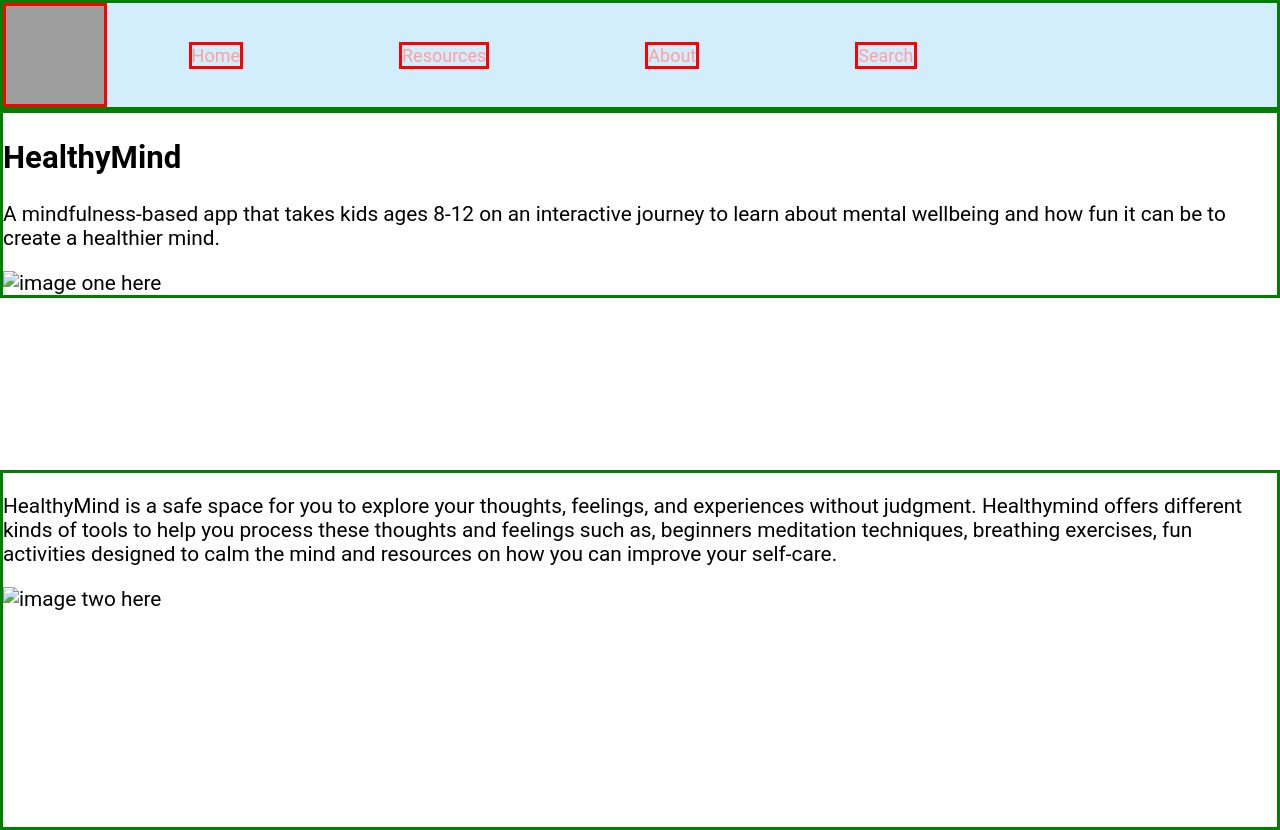
Repository: Nafisa-Huda/HealthierMind
Page: public/index.html
An editor plug-in stored every save of this project. The page is shown before and after a run of saves, followed by the edit.
The browser window is 1280 px wide. The pictures show the whole page.
Pictures or frames that could not be fetched are drawn as grey boxes.

Above is the page before, as saved 2022-07-11 15:46:49.

### public/index.html
<!DOCTYPE html>
<html lang="en">
<head>
    <meta charset="UTF-8">
    <meta http-equiv="X-UA-Compatible" content="IE=edge">
    <meta name="viewport" content="width=device-width, initial-scale=1.0">
    <title>HealthyMind</title>
    <link rel="stylesheet" href="/public/style.css">
</head>
<body>
    <header>
        <div class="container row">
            <img class="logo" src="https://i.ibb.co/xLGc6jC/Healthy-Mind-logo.png" alt="healthy-mind-logo">
        <nav class="nav">
            <ul class="nav__list">
                <li class="nav__item"><a href="#" class="nav__link">Home</a></li>
                <li class="nav__item"><a href="#" class="nav__link">Resources</a></li>
                <li class="nav__item"><a href="#" class="nav__link">About</a></li>
                <li class="nav__item"><a href="#" class="nav__link">Search</a></li>
            </ul>
        </nav>
        </div>
    </header>

    <section class="hero main">
        <div class="container">
            <div class="hero__text">
                <h1>HealthyMind</h1>
                <p>A mindfulness-based app that takes kids ages 8-12 on an interactive journey to learn about mental wellbeing and how fun it can be to create a healthier mind. </p>
            </div>
            <img class="hero__img" src="#" alt="image one here" srcset="">
        </div>
    </section>

    <main class="main container">
        <section class="primary-content">
            <p>HealthyMind is a safe space for you to explore your thoughts, feelings, and experiences without judgment. Healthymind offers different kinds of tools to help you process these thoughts and feelings such as, beginners meditation techniques, breathing exercises, fun activities designed to calm the mind and resources on how you can improve your self-care.</p>
            <img class="main__img" src="" alt="image two here" srcset="">
        </section>
</main>

<script src="/public/main.js"></script>
</body>
</html>

### public/style.css
*, *::before, *::after {
    box-sizing: border-box;
}

body {
    margin: 0;
    font-family: 'Roboto', sans-serif;
    font-size: 1.3rem;
}
header{
  background-color: #d2edfc;
}

img {
    max-width: 100%;
}

/* home page */

.container {
    width: 100vw;
    margin: 0 auto;
    border: 3px green solid;
}
.main{
  height: 50vh;
}



.row {
    display: flex;
    justify-content: space-between;
    align-items: center;
    width: 100%;
}

.logo {
    width: 5em;
    height: 5em;
    margin-right: 2em;
    border: 3px red solid;
}

.nav {
    display: flex;
    justify-content: space-between;
    align-items: center;
    flex-grow: 1;
}

.nav__list {
    margin: 0;
    padding-right: 1em;
    list-style: none;

    display: flex;
    align-items: center;

    font-size: 1rem;
}

.nav__item + .nav__item {
    margin-left: 60%;
}

.nav__link {
    border: 3px red solid;
    text-decoration: none;
    font-size: large;
    color: #FF9F9F;
}

.nav__link--button {
    padding: .25em 1em;
}

.nav__link:hover {
    opacity: .75;
}



/* activities page */

.activities-header{
  background-color: #A8E0FF;
  height: 20rem;
  width: 100%;
  border-bottom: solid #fff 4px;
}

.title{
  display: flex;
  flex-direction: column;
  align-items: center;
  padding-top: 3rem;
  color: #fff;
}


.activities-container{
  display: flex;
  flex-wrap: wrap;
  justify-content: center;
  background-color: #FFF9A6;
}

.scene {
  width: 20rem;
  height: 20rem;
  margin: 3rem;
  perspective: 600px;
}

.card {
  width: 100%;
  height: 100%;
  cursor: pointer;
  transform-style: preserve-3d;
  transform-origin: center right;
  transition: transform 1s;
}

.card.is-flipped {
  transform: translateX(-100%) rotateY(-180deg);
}

.face {
  position: absolute;
  width: 100%;
  height: 100%;
  line-height: 260px;
  color: #fff;
  text-align: center;
  font-weight: bold;
  font-size: larger;
  backface-visibility: hidden;
}

.front {
  background-color: #FF9F9F;
}

.back {
  background-color: #FF9F9F;
  transform: rotateY(180deg);
}

### public/main.js
const cards = document.querySelectorAll('.card');
[...cards].forEach((card)=>{
    card.addEventListener('click', () =>{
        card.classList.toggle('is-flipped')
    })
});

After the next 2 saves:
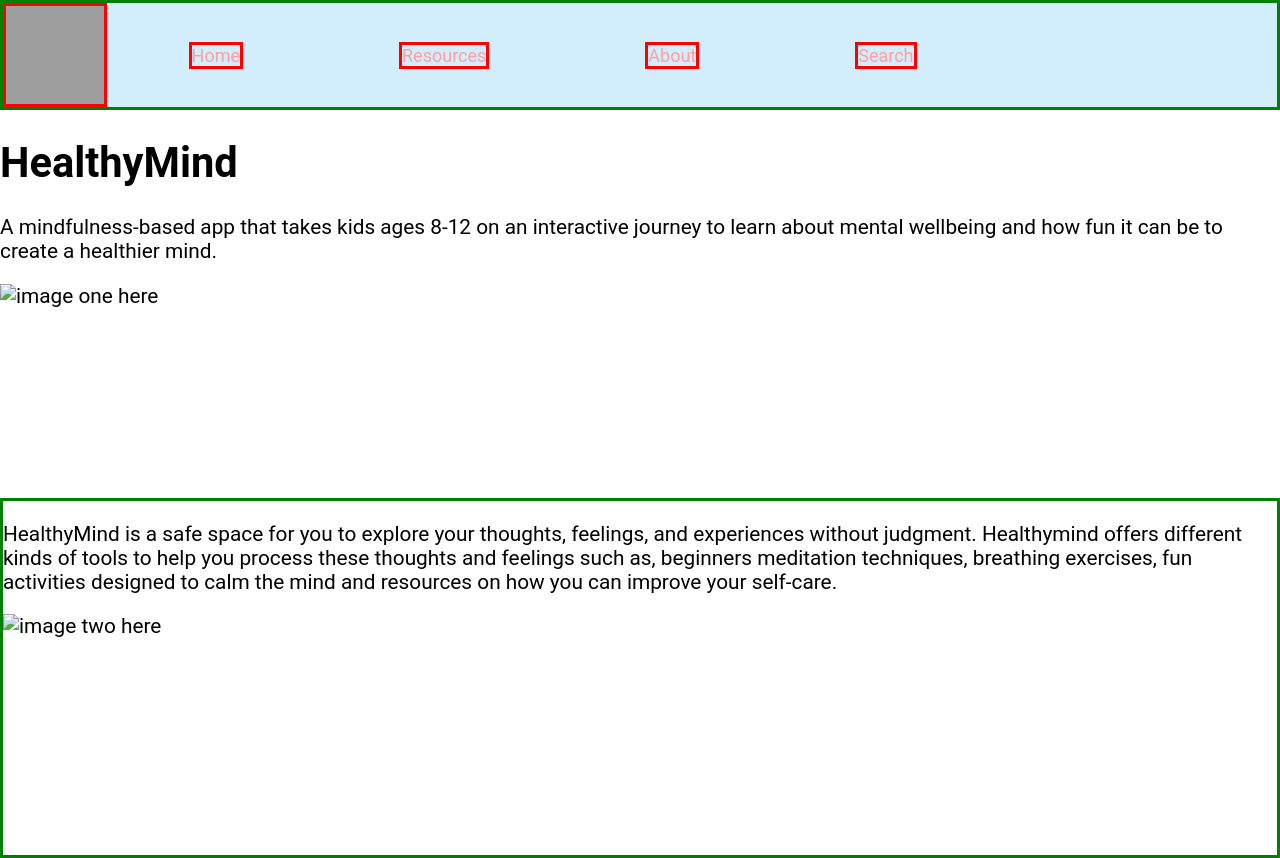
The 2 saves are shown as one change because they came seconds apart.
The last was saved 3 min 29 s later.
--- a/public/index.html
+++ b/public/index.html
@@ -22,8 +22,8 @@
         </div>
     </header>
 
-    <section class="hero main">
-        <div class="container">
+    <!-- <section class="hero main"> -->
+        <div class="hero main ">
             <div class="hero__text">
                 <h1>HealthyMind</h1>
                 <p>A mindfulness-based app that takes kids ages 8-12 on an interactive journey to learn about mental wellbeing and how fun it can be to create a healthier mind. </p>
